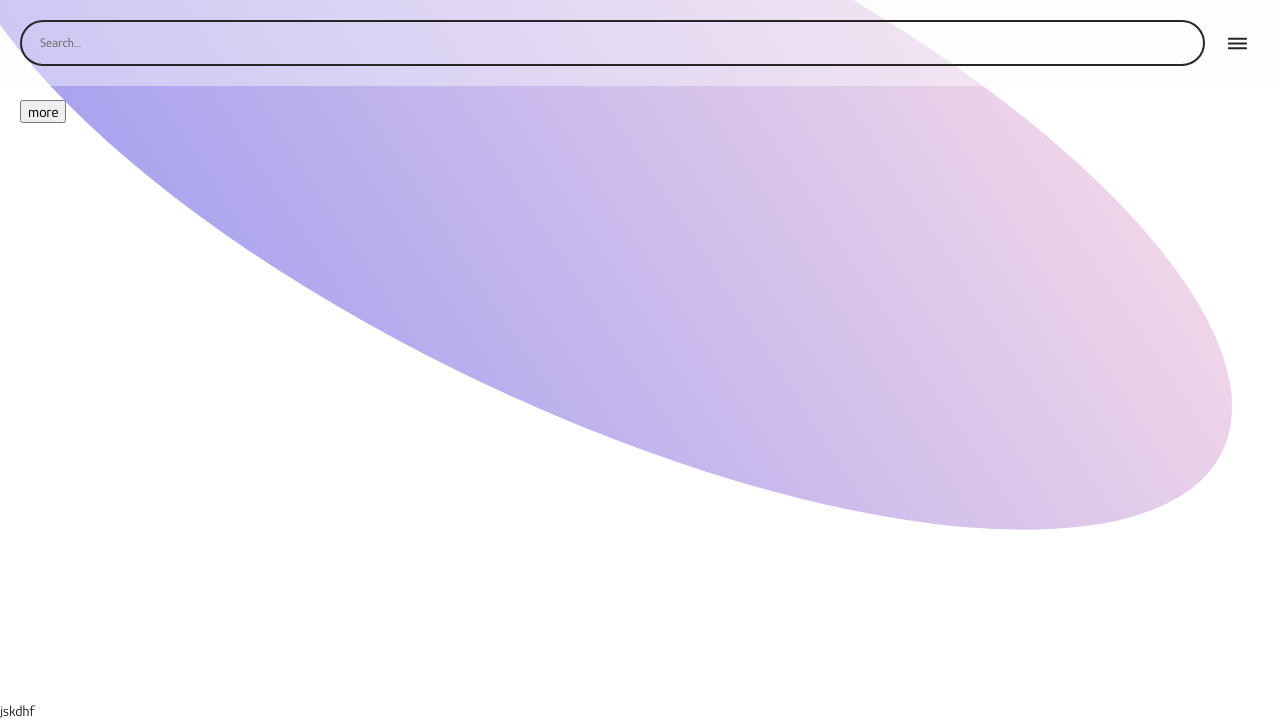
Repository: Axeliriya/my-test
Page: /
These files come from the project's save history. The page is drawn as it stood at one moment and after the next save; the edit follows.
The browser window is 1280 px wide. The page is 1283 px wide, then 1280 px, so the pictures cover 1283 px, including what lies to the right of the window. The pictures show the whole page.
The page's requests for data from a server got no answer. The project was rebuilt for these pictures with package versions that can differ from the ones it lists, and the page was loaded fresh each time. No one was signed in, and anything a server would have sent is missing. Also part of the build but not shown: src/components/ProductList/ProductList.tsx, src/components/ProductItem/ProductItem.tsx.

Above is the page before, as saved 2022-04-05 15:49:49.

After the next save:
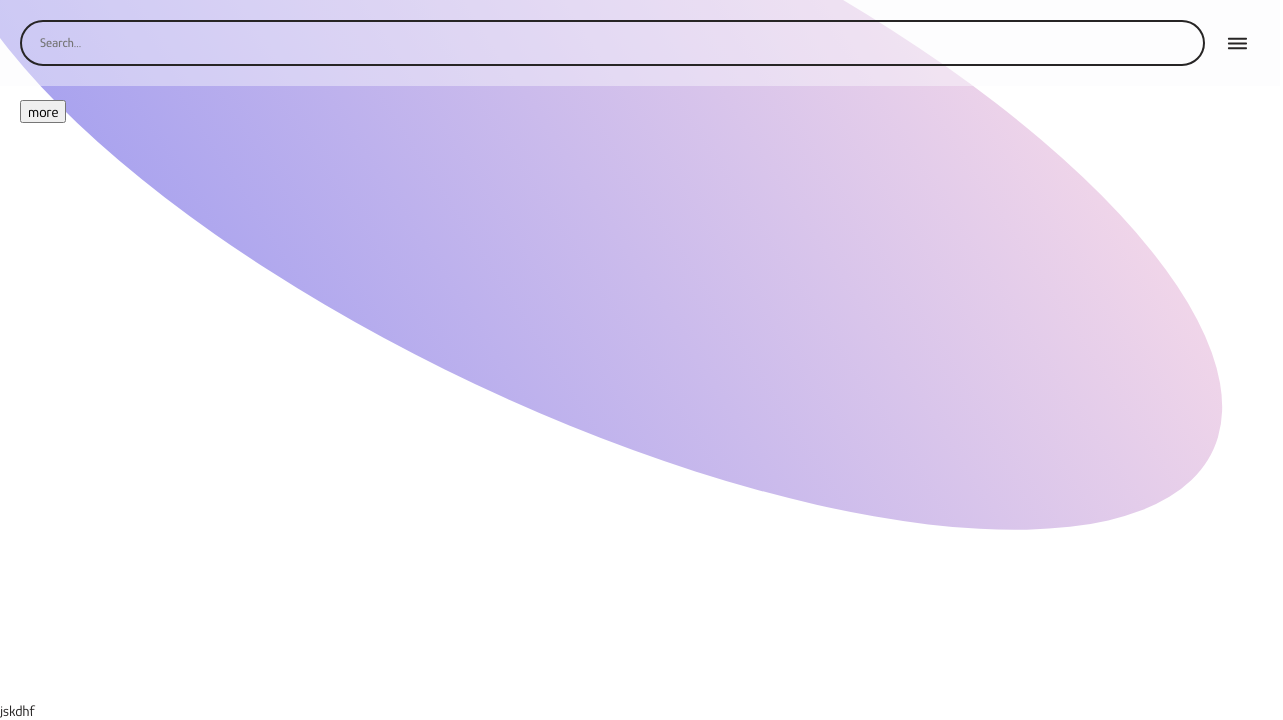
Saved 23 s later.
--- a/src/components/Main/Main.module.scss
+++ b/src/components/Main/Main.module.scss
@@ -8,7 +8,7 @@
 .bg {
   position: absolute;
   top: 0;
-  left: -50px;
+  left: -60px;
   z-index: -1;
   width: 100%;
   height: 300px;
